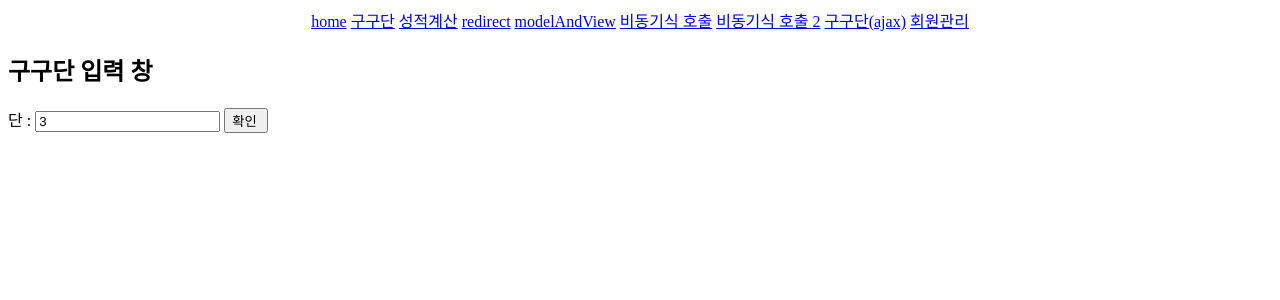
Repository: junhyeoksin/spring_program
Page: http://localhost/springProgram/multi_table.do
An editor plug-in stored every save of this project. The page is shown before and after the next save, followed by the edit.
The browser window is 1280 px wide. The pictures show the whole page.
The page is served by Tomcat 9. Other server files are loaded and not shown.

Above is the page before, as saved 2022-01-05 14:33:05.

### springProgram/src/main/webapp/WEB-INF/views/test/multi_table.jsp
<%@ page language="java" contentType="text/html; charset=UTF-8"
	pageEncoding="UTF-8"%>
<!DOCTYPE html>
<html>
<head>
<meta charset="UTF-8">
<title>구구단 입력 창</title>
</head>
<body>
	<%@ include file="../include/menu.jsp"%>
	<h2>구구단 입력 창</h2>
	<form action="table_result.do" method="post">
		단 :  <input type="number" name="num" value="3">
			 <input type="submit" value="확인 ">
			<a href="/spring01/"></a>
	</form>
</body>
</html>

### springProgram/src/main/webapp/WEB-INF/views/include/menu.jsp
<%@ page language="java" contentType="text/html; charset=UTF-8"
    pageEncoding="UTF-8"%>
 <div style="Text-align:center">
 	<a href = "/spring01/">home</a>
 	<a href = "/spring01/multi_table.do">구구단</a>
 	<a href = "/spring01/point.do">성적계산</a>
 	<a href = "/spring01/move.do">redirect</a>
 	<a href = "/spring01/mav.do">modelAndView</a>
 	<a href = "/spring01/ajax.do">비동기식 호출</a>
 	<a href = "/spring01/login.do">비동기식 호출 2</a>
 	<a href = "/spring01/ajax_table.do">구구단(ajax)</a>
 	<a href = "/spring01/member/list.do">회원관리</a>


 </div>

After the next save:
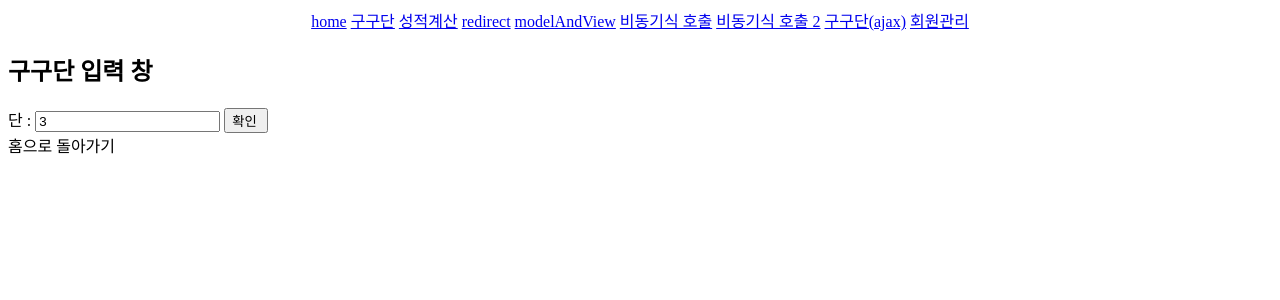
Saved 40 s later.
--- a/springProgram/src/main/webapp/WEB-INF/views/test/multi_table.jsp
+++ b/springProgram/src/main/webapp/WEB-INF/views/test/multi_table.jsp
@@ -12,7 +12,7 @@
 	<form action="table_result.do" method="post">
 		단 :  <input type="number" name="num" value="3">
 			 <input type="submit" value="확인 ">
-			<a href="/spring01/"></a>
+			<div>홈으로 돌아가기<a href="/spring01/"></a></div>
 	</form>
 </body>
 </html>

After the save that followed:
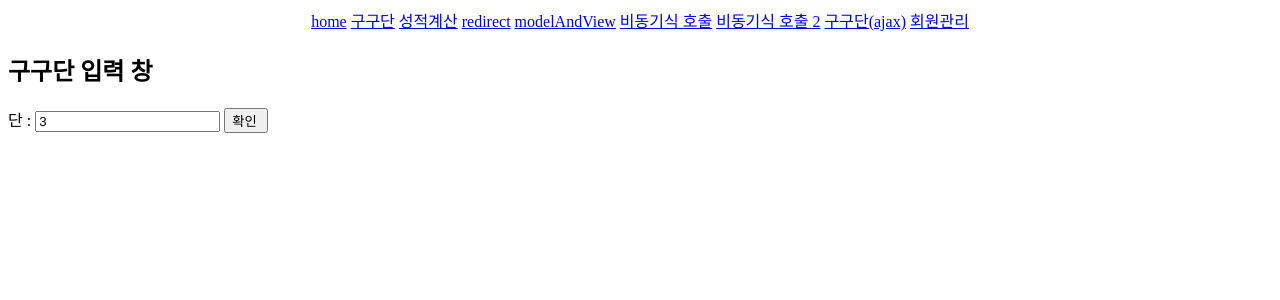
Saved 16 s later.
--- a/springProgram/src/main/webapp/WEB-INF/views/test/multi_table.jsp
+++ b/springProgram/src/main/webapp/WEB-INF/views/test/multi_table.jsp
@@ -12,7 +12,6 @@
 	<form action="table_result.do" method="post">
 		단 :  <input type="number" name="num" value="3">
 			 <input type="submit" value="확인 ">
-			<div>홈으로 돌아가기<a href="/spring01/"></a></div>
 	</form>
 </body>
 </html>
